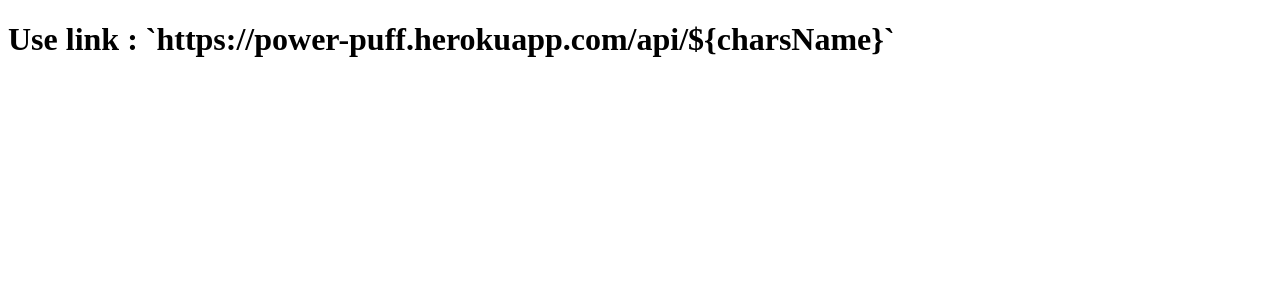
Repository: DrummerDee/PPG-FrontEnd
Page: index.html
An editor plug-in stored every save of this project. The page is shown before and after a run of saves, followed by the edit.
The browser window is 1280 px wide. The pictures show the whole page.

Above is the page before, as saved 2022-08-05 20:49:28.

After the next 2 saves:
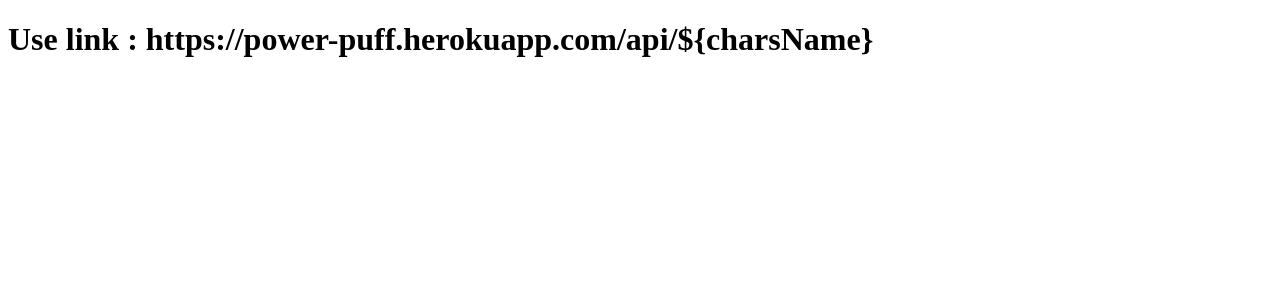
The 2 saves are shown as one change because they came seconds apart.
The last was saved 10 s later.
--- a/index.html
+++ b/index.html
@@ -7,6 +7,6 @@
     <title>Document</title>
 </head>
 <body>
-    <h1> Use link : `https://power-puff.herokuapp.com/api/${charsName}`
+    <h1> Use link : https://power-puff.herokuapp.com/api/${charsName}
 </body>
 </html>
